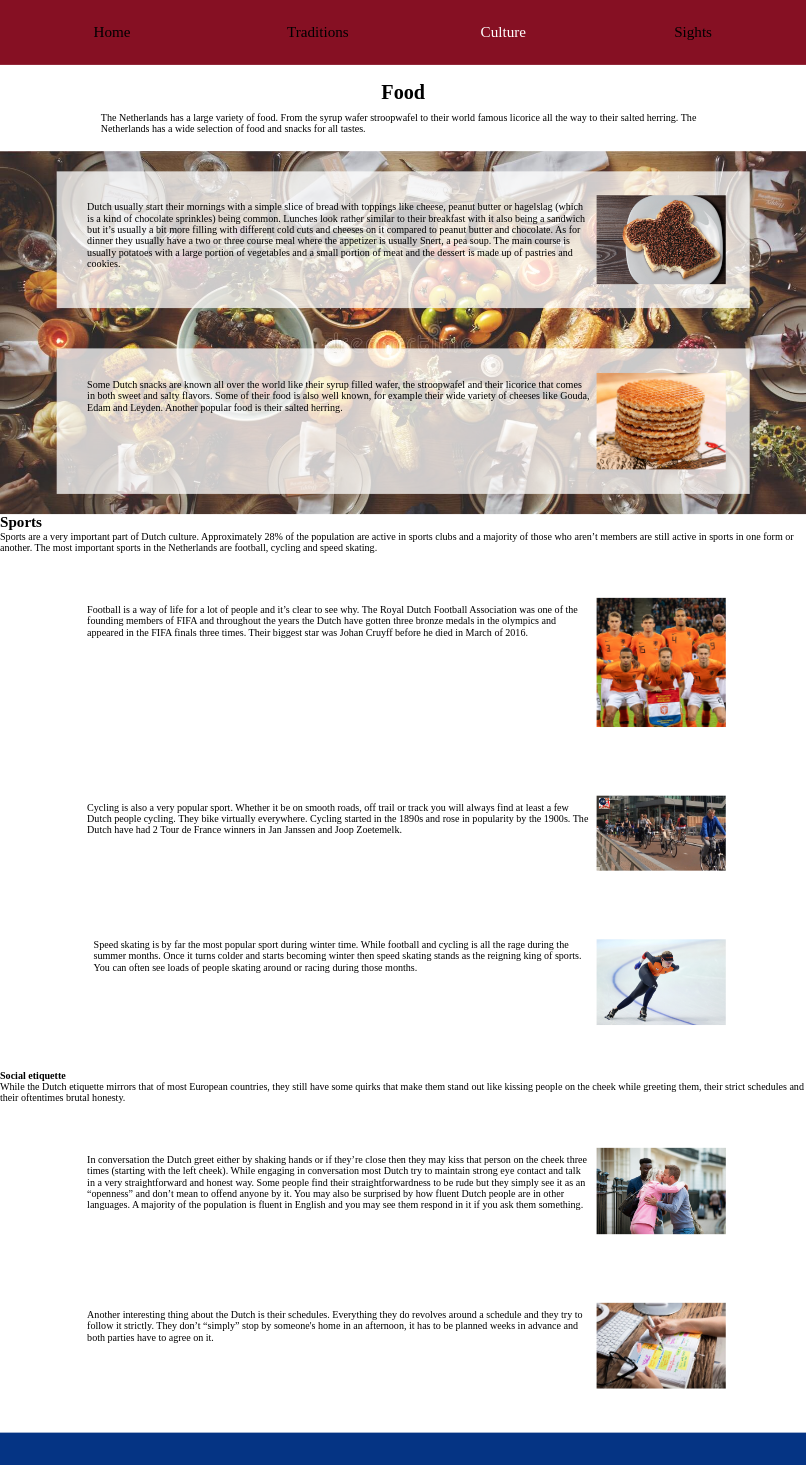
Repository: Cornman63/The-netherlands
Page: html/culture.html
An editor plug-in stored every save of this project. The page is shown before and after the next save, followed by the edit.
The browser window is 1280 px wide. The pictures show the whole page, at 63% of full size.

Above is the page before, as saved 2023-05-28 13:17:15.

After the next save:
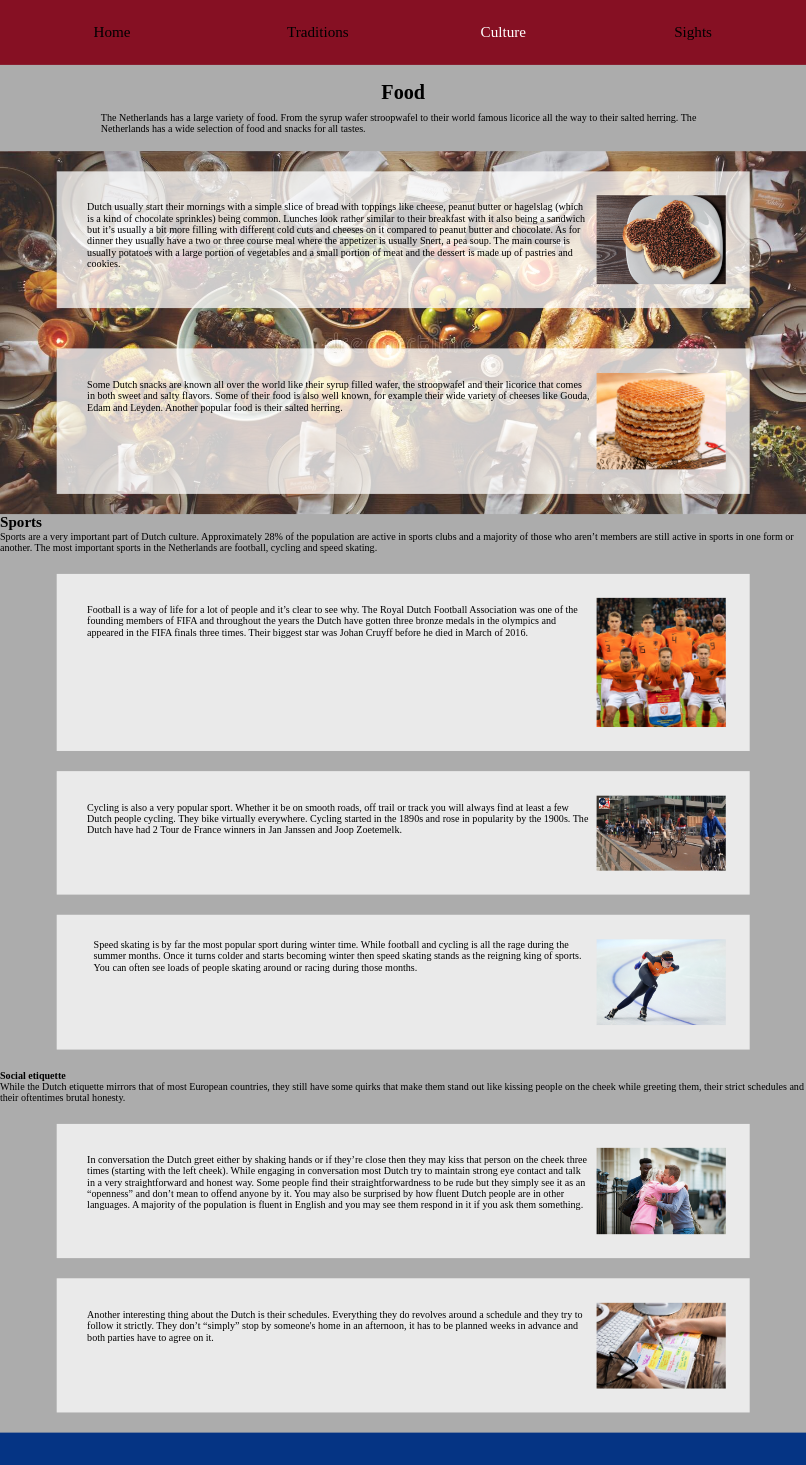
Saved 10 s later.
--- a/CSS/style2.css
+++ b/CSS/style2.css
@@ -89,5 +89,5 @@ footer{
     margin: auto;
 }
 body {
-    background-color:rgb(255, 255, 255);
+    background-color:rgb(172, 172, 172);
 }
